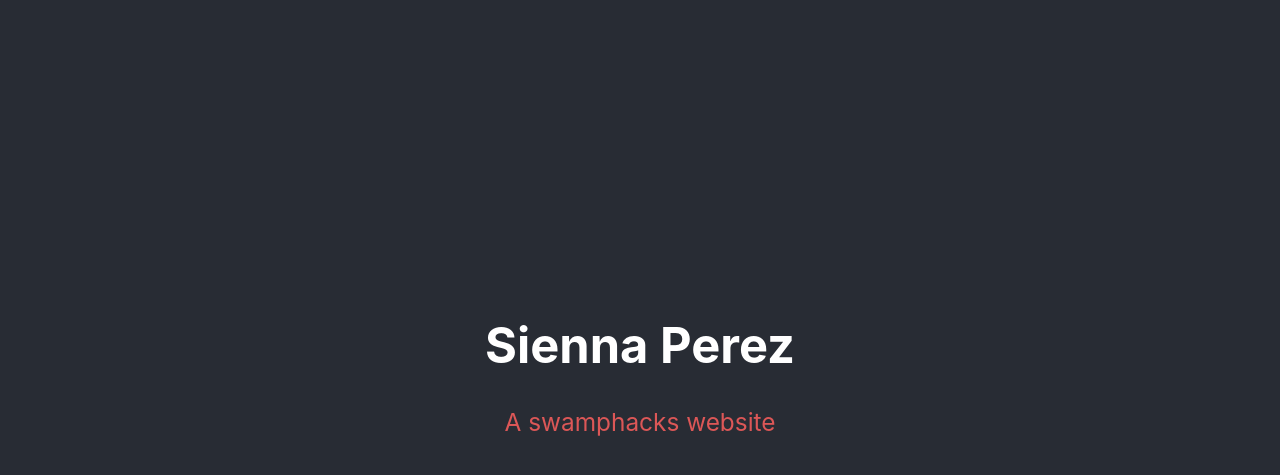
Repository: kaylainoa/Swamphacks
Page: /
The author's editor kept a copy of each file at every save. The page is drawn from the files as they stood at one save, then again after the next save.
The browser window is 1280 px wide. The pictures show the whole page.
The project was rebuilt for these pictures with package versions that can differ from the ones it lists, and the page was loaded fresh each time.

Above is the page before, as saved 2025-01-23 18:23:24.

### src/App.js
import logo from './logo.svg';
import './App.css';

function App() {
  return (
    <div className="App">
      <header className="App-header">
        <h1>Sienna Perez</h1>
        <div className = "tagline">A swamphacks website</div>

      </header>
    </div>
  );
}

export default App;

### src/App.css
.App {
  text-align: center;
}

.App-logo {
  height: 40vmin;
  pointer-events: none;
}

@media (prefers-reduced-motion: no-preference) {
  .App-logo {
    animation: App-logo-spin infinite 20s linear;
  }
}

.App-header {
  background-color: #282c34;
  min-height: 100vh;
  display: flex;
  flex-direction: column;
  align-items: center;
  justify-content: center;
  font-size: calc(10px + 2vmin);
  color: white;
}

.tagline{
  color:rgb(220, 87, 87);
}


.App-link {
  color: #61dafb;
}

@keyframes App-logo-spin {
  from {
    transform: rotate(0deg);
  }
  to {
    transform: rotate(360deg);
  }
}

Loaded but not shown: public/index.html (common file); src/index.js (common file); src/index.css (common file); src/reportWebVitals.js (common file)

After the next save:
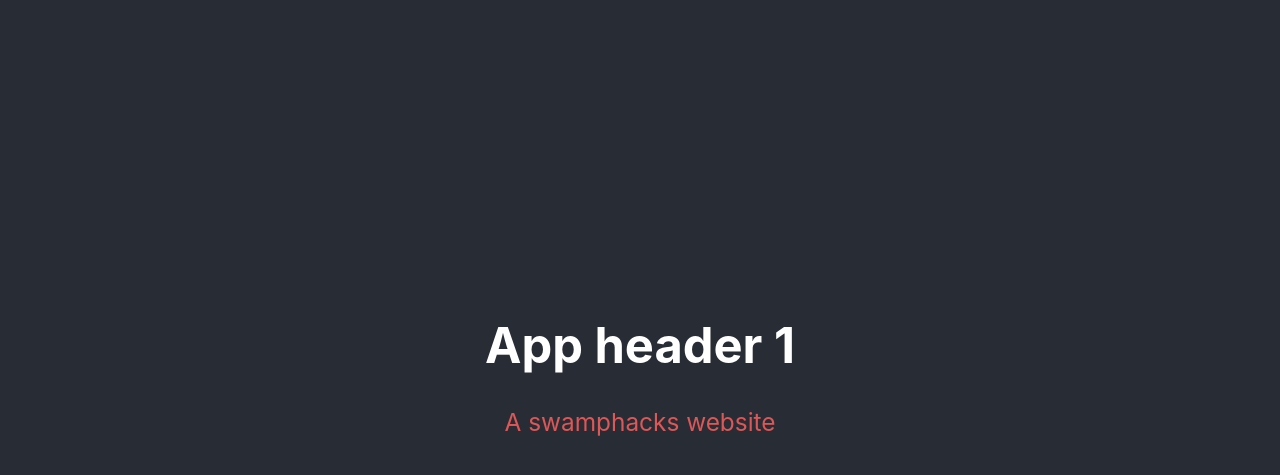
Saved 56 s later.
--- a/src/App.js
+++ b/src/App.js
@@ -5,7 +5,7 @@
   return (
     <div className="App">
       <header className="App-header">
-        <h1>Sienna Perez</h1>
+        <h1>App header 1</h1>
         <div className = "tagline">A swamphacks website</div>
 
       </header>
